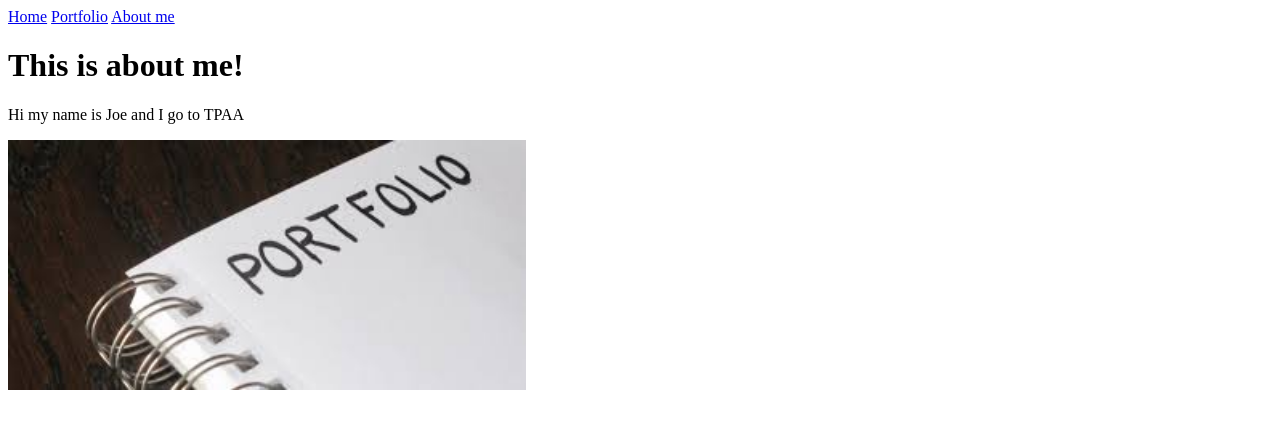
Repository: Jreyes2104/Jreyes2104.github.io
Page: my_website/aboutme.html
The author's editor kept a record of every edit. The page is drawn from the files as they stood at one moment, then again after the next edit.
The browser window is 1280 px wide. The pictures show the whole page.

Above is the page before.

After the next edit:
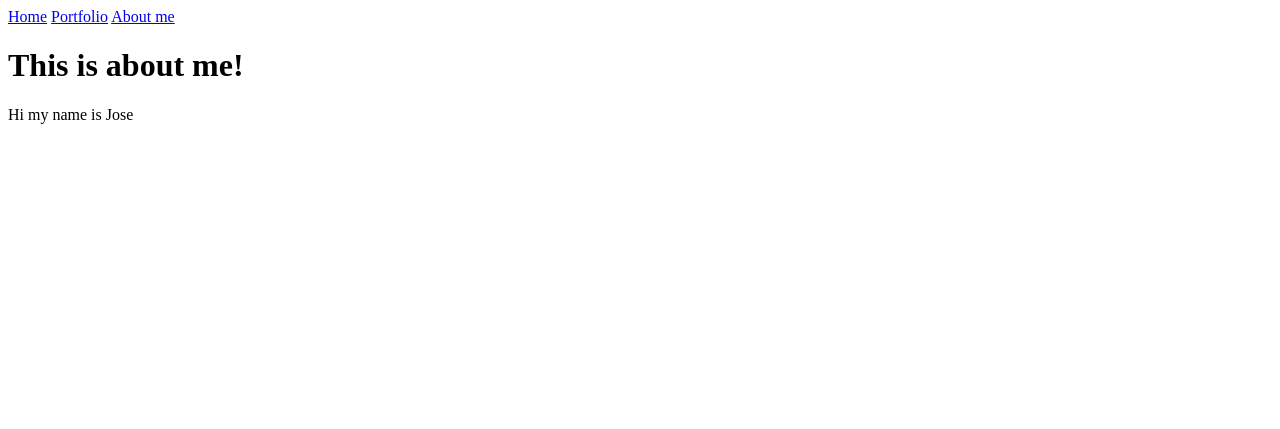
The edit:
--- a/my_website/aboutme.html
+++ b/my_website/aboutme.html
@@ -9,8 +9,7 @@
     <a href="portfolio.html">Portfolio</a>
     <a href="aboutme.html">About me</a>
     <h1>This is about me!</h1>
-    <p>Hi my name is Joe and I go to TPAA</p>
-    <img src="images/portfolio.jpg" height="250">
+    <p>Hi my name is Jose</p>
     <br>
     </a>
 	  </body>
